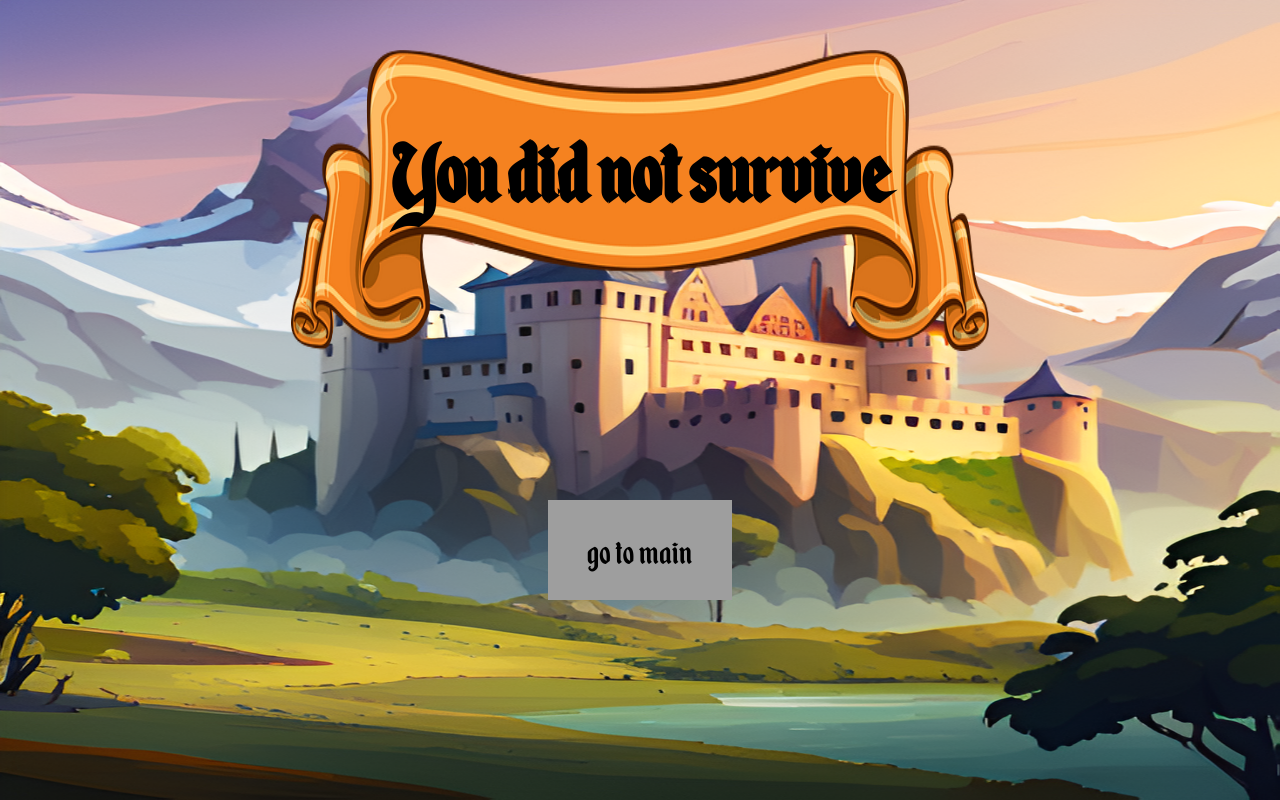
Repository: seolsa1014/webgame
Page: website/src/main/webapp/ending.html
These files come from the project's save history. The page is drawn as it stood at one moment and after the next save; the edit follows.
The browser window is 1280 px wide. The pictures show the whole page.
Pictures or frames that could not be fetched are drawn as grey boxes.

Above is the page before, as saved 2023-12-16 14:01:17.

### website/src/main/webapp/ending.html
<!DOCTYPE html>
<html>
<head>
    <meta charset="UTF-8">
    <title>Kingdom Survive</title>
    <link rel="stylesheet" type="text/css" href="css/main.css">
</head>
<body>

    <div class="title">
        <h1>You did not survive</h1>
    </div>

    <div class="buttons">
        <button class="button" onclick="startNewGame()">go to main</button>

    </div>

    <script>
        function startNewGame() {
            window.location.href = 'main.html';
        }


    </script>

</body>
</html>

### website/src/main/webapp/css/main.css
@font-face {
    font-family: 'Enchanted Land';
    src: url('Enchanted\ Land.otf') format('woff'); /* 폰트 파일 경로를 적절하게 수정해주세요 */
}

body {
    background-image: url('main.png');
    background-size: 100% 100%;
    background-repeat: no-repeat;
    margin: 0;
    display: flex;
    flex-direction: column;
    align-items: center;
    justify-content: center;
    height: 800px;
}

.title {
    margin-top: 50px; /* 조절 가능한 값 */
    background-image: url('title.png');
    background-size: 100% 100%;
    padding-bottom: 50px;
    padding-left: 100px;
    padding-right: 100px;
    font-family: 'Enchanted Land', sans-serif;
    font-size: 50px;
}

.buttons {
    background: url('button.png') center/100% 100% no-repeat;
    display: flex;
    flex-direction: column;
    align-items: center;
    margin-top: auto;
    margin-bottom: 200px;
    padding: 20px;
}

.button {
    height: 60px;
    padding: 10px 20px;
    font-size: 40px;
    cursor: pointer;
    font-family: 'Enchanted Land', sans-serif;
    background: transparent;
    border: none;
    outline: none;
    transition: transform 0.3s, opacity 0.3s;

}

.button:hover {
    opacity: 0.8;
    transform: scale(1.1);
}

.announcement {
    text-align: center;
    max-width: 70%;
    margin-left: auto;
    margin-right: auto;
    background: url('paper.png') center/100% 100% no-repeat;
    padding: 20px;
    font-size: 40px;
    font-family: 'Enchanted Land', sans-serif;
}

.field {
    margin-top: 20px;
    text-align: center;
    margin-bottom: 20px;
    font-family: 'Enchanted Land', sans-serif;

}

.field b {
    display: block;
    font-size: 40px;
    margin-bottom: 5px;
}

input {
    padding: 10px;
    border: 2px solid #f8e98b; /* 연한 노란색 테두리 */
    border-radius: 10px; /* 테두리 둥글게 */
    width: 200px;
    box-sizing: border-box;
    font-family: 'Enchanted Land', sans-serif;
    font-size: 40px;
}

After the next save:
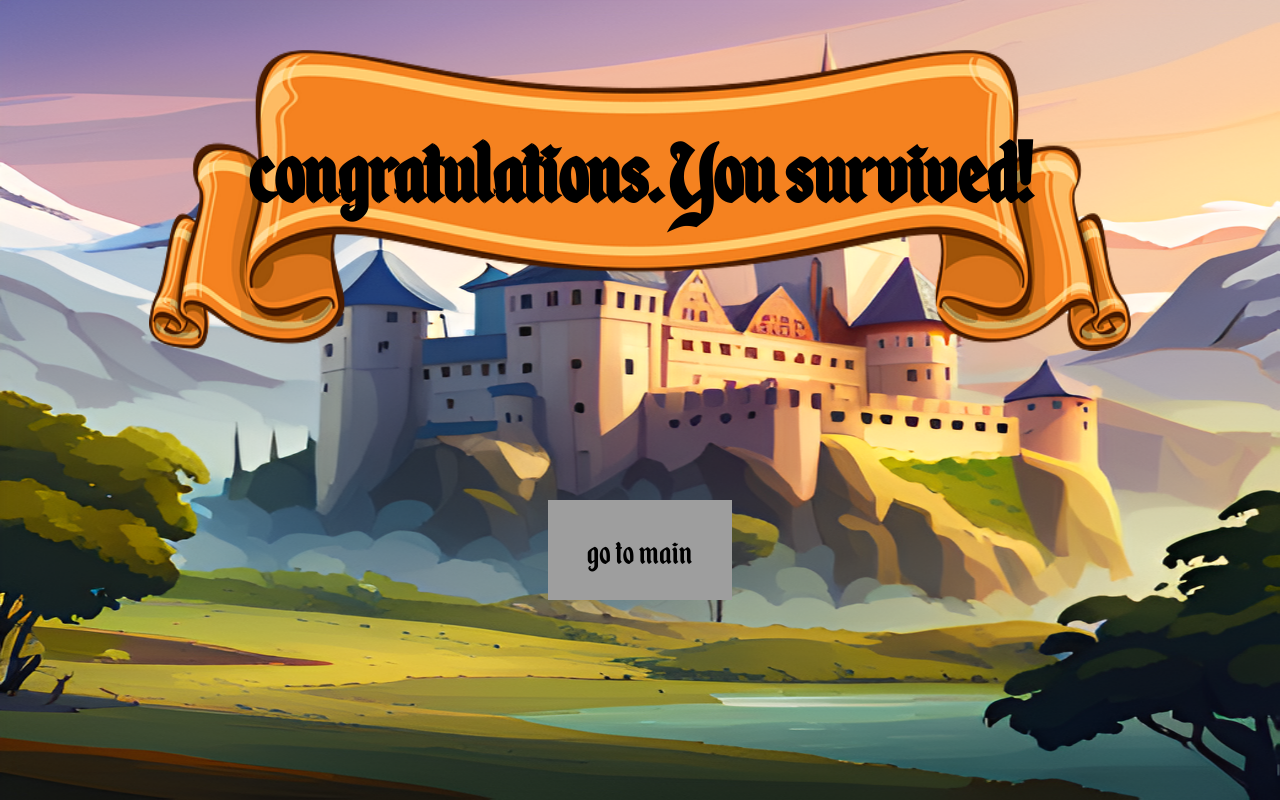
Saved 24 s later.
--- a/website/src/main/webapp/ending.html
+++ b/website/src/main/webapp/ending.html
@@ -8,7 +8,7 @@
 <body>
 
     <div class="title">
-        <h1>You did not survive</h1>
+        <h1>congratulations. You survived!</h1>
     </div>
 
     <div class="buttons">
